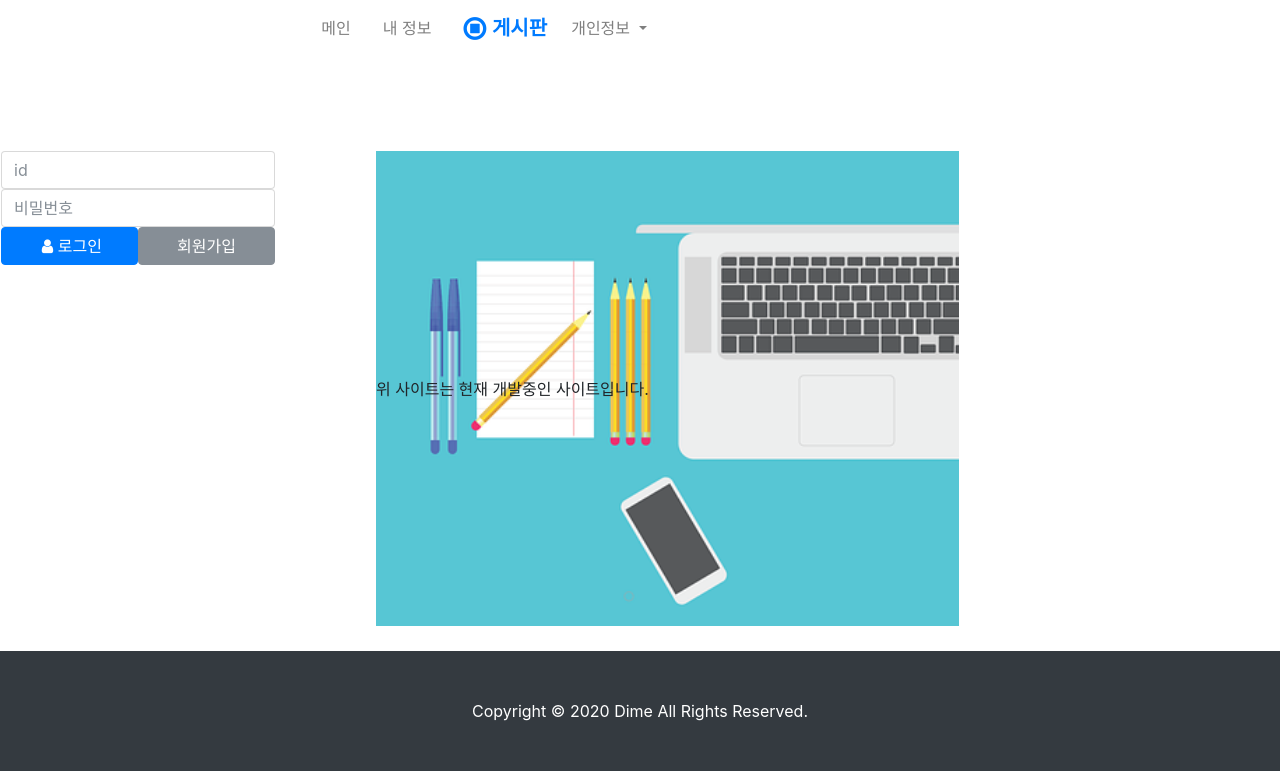
Repository: elecdime/jspboard
Page: http://localhost/BBS/projectbbs/Main.jsp
An editor plug-in stored every save of this project. The page is shown before and after the next save, followed by the edit.
The browser window is 1280 px wide. The pictures show the whole page.
Some web libraries are served in a nearby version. The page is served by Tomcat 9. Other server files are loaded and not shown.

Above is the page before, as saved 2020-07-08 12:53:09.

### dime/project Web/BBS/WebContent/projectbbs/Main.jsp
<%@ page language="java" contentType="text/html; charset=UTF-8"
    pageEncoding="UTF-8"%>
<!doctype html>
<head>
   <!-- Required meta tags -->
  <meta charset="utf-8">
  <meta name="viewport" content="width=device-width, initial-scale=1, shrink-to-fit=no">
<meta http-equiv="Content-Type" content="text/html; charset=UTF-8" />
  <!-- Bootstrap CSS -->
  <link rel="stylesheet" href="https://maxcdn.bootstrapcdn.com/bootstrap/4.0.0-beta/css/bootstrap.min.css" integrity="sha384-/Y6pD6FV/Vv2HJnA6t+vslU6fwYXjCFtcEpHbNJ0lyAFsXTsjBbfaDjzALeQsN6M" crossorigin="anonymous">
<style type="text/css">
#tables{
background-image: url('back.jpg');
background-size: cover;
}



</style>
<title>게시판 연습</title>
  </head>
  <body>


        <div id="TOP" style="width:960px;height:150px;">
            <%@ include file="Top.jsp" %>
        </div>

        <table width="960px">
            <tr>
                <td width="160" valign="top">
                    <%@ include file="left.jsp" %>
                </td>
                <td width="800" valign="#" style="padding-left: 100px">
                    <table width="100%" height="475" cellpadding="0" cellspacing="0" id="tables">
                        <tr >
                            <td border="3px">
                             위 사이트는 현재 개발중인 사이트입니다.


                            </td>
                        </tr>

                    </table>
                </td>
            </tr>

        </table>
    <footer id = "bottom">
    <%@ include file="bottom.jsp" %>
</footer>














 <script src="https://code.jquery.com/jquery-3.2.1.slim.min.js" integrity="sha384-KJ3o2DKtIkvYIK3UENzmM7KCkRr/rE9/Qpg6aAZGJwFDMVNA/GpGFF93hXpG5KkN" crossorigin="anonymous"></script>
  <script src="https://cdnjs.cloudflare.com/ajax/libs/popper.js/1.11.0/umd/popper.min.js" integrity="sha384-b/U6ypiBEHpOf/4+1nzFpr53nxSS+GLCkfwBdFNTxtclqqenISfwAzpKaMNFNmj4" crossorigin="anonymous"></script>
  <script src="https://maxcdn.bootstrapcdn.com/bootstrap/4.0.0-beta/js/bootstrap.min.js" integrity="sha384-h0AbiXch4ZDo7tp9hKZ4TsHbi047NrKGLO3SEJAg45jXxnGIfYzk4Si90RDIqNm1" crossorigin="anonymous"></script>
  </body>
</html>

### dime/project Web/BBS/WebContent/projectbbs/Top.jsp
<%@ page language="java" contentType="text/html; charset=UTF-8"
    pageEncoding="UTF-8"%>
    <html>
    <head>

 <link rel="stylesheet" href="https://cdnjs.cloudflare.com/ajax/libs/font-awesome/4.7.0/css/font-awesome.min.css" type="text/css">
 </head>
  <nav class="navbar navbar-expand-md navbar-light">
    <div class="container justify-content-center"> <button class="navbar-toggler navbar-toggler-right border-0" type="button" data-toggle="collapse" data-target="#navbar3">
        <span class="navbar-toggler-icon"></span>
      </button>
      <div class="collapse navbar-collapse text-center justify-content-center" id="navbar3">
        <ul class="navbar-nav">
          <li class="nav-item mx-2"> <a class="nav-link" href="Main.jsp">메인</a> </li>
          <li class="nav-item mx-2"> <a class="nav-link" href="info.jsp">내 정보</a> </li>
          <li class="nav-item mx-2"> <a class="nav-link navbar-brand mr-0 text-primary" href="bbs.jsp"><i class="fa d-inline fa-lg fa-stop-circle-o"></i>
              <b> 게시판 </b></a> </li>

               <li class="nav-item dropdown">
          <a class="nav-link dropdown-toggle" href="#" id="navbarDropdownMenuLink" data-toggle="dropdown" aria-haspopup="true" aria-expanded="false">
  개인정보
        </a>
        <div class="dropdown-menu" aria-labelledby="navbarDropdownMenuLink">
          <a class="dropdown-item" href="left.jsp">로그인</a>
          <a class="dropdown-item" href="register.jsp">회원가입</a>

        </div>
        </li>
      </div>
    </div>
  </nav>
  <div class="py-5">
    <div class="container">
      <div class="row">
        <div class="col-md-12"></div>
      </div>
    </div>
  </div>

</html>

### dime/project Web/BBS/WebContent/projectbbs/left.jsp
<%@ page language="java" contentType="text/html; charset=UTF-8"
    pageEncoding="UTF-8"%>
<%@ page import = "java.sql.*" %>

    <html>
    <head>
 <meta http-equiv="Content-Type" content="text/html; charset=UTF-8" />
 <link rel="stylesheet" href="https://cdnjs.cloudflare.com/ajax/libs/font-awesome/4.7.0/css/font-awesome.min.css" type="text/css">
 </head>



 <%  if(session.getAttribute("id")==null){ //세션이 설정되지 않을 경우 참조  %>



<form class="form-inline" action="login.jsp" method="get">
            <div class="form-group">
              <input type="text" class="form-control" name ="id" id="id" placeholder="id"> </div>
            <div class="form-group form-row">
              <div class="col-sm-10"><input type="password" class="form-control " name = "pw" id="pw" placeholder="비밀번호"></div>
            </div>
            <button class="btn btn-primary align-items-center col-sm-6" ><i class="fa fa-user fa-fw"></i>로그인</button>
            <a class="btn btn-secondary col-sm-6" href="register.jsp" style=""></i> 회원가입 </a>
          </form><% }else{ %>
<form method="post" action="logout.jsp">
	<%=session.getAttribute("id") %>님 환영합니다~

	<input type="submit" value="로그아웃" />
</form>
<button onClick="location.href='info.jsp'"> 개인정보 변경</button>
<% if(session.getAttribute("id").equals("admin")){
	%>

	<button onClick="location.href='#'"> 관리자 페이지</button>

<%} %>

<% } %>

### dime/project Web/BBS/WebContent/projectbbs/bottom.jsp


<%@ page language="java" contentType="text/html; charset=UTF-8"
    pageEncoding="UTF-8"
    import="java.sql.*"%>
<%
    request.setCharacterEncoding("utf-8");
%>
<!DOCTYPE html PUBLIC "-//W3C//DTD HTML 4.01 Transitional//EN" "http://www.w3.org/TR/html4/loose.dtd">
<html>
<head>
<meta http-equiv="Content-Type" content="text/html; charset=utf-8">

<body>
<footer class="bg-dark mt-4 p-5 text-center" style="color:#FFFFFF;">


Copyright &copy; 2020 Dime All Rights Reserved.<br>

</footer>
</body>
</html>

After the next save:
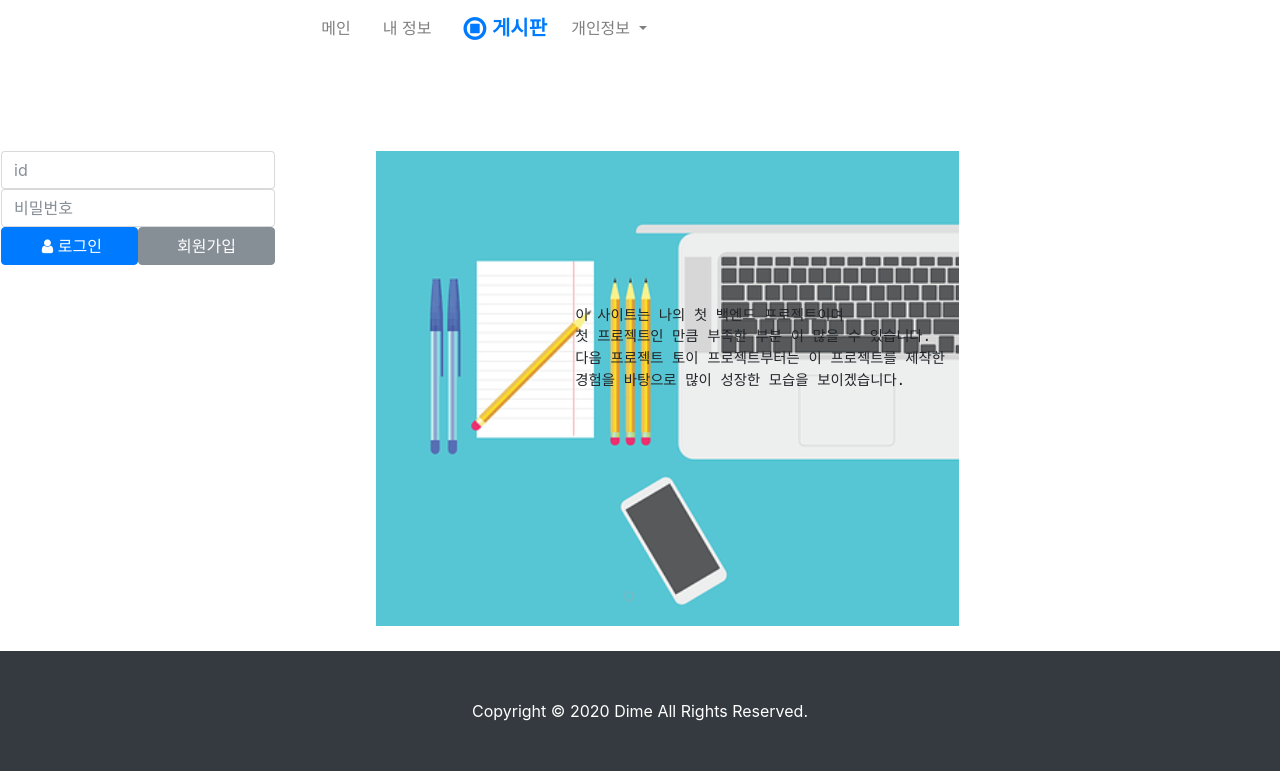
Saved 4 min 4 s later.
--- a/dime/project Web/BBS/WebContent/projectbbs/Main.jsp
+++ b/dime/project Web/BBS/WebContent/projectbbs/Main.jsp
@@ -35,7 +35,15 @@ background-size: cover;
                     <table width="100%" height="475" cellpadding="0" cellspacing="0" id="tables">
                         <tr >
                             <td border="3px">
-                             위 사이트는 현재 개발중인 사이트입니다.
+                            <pre>
+                       이 사이트는 나의 첫 백엔드 프로젝트이며
+                       첫 프로젝트인 만큼 부족한 부분 이 많을 수 있습니다.
+                       다음 프로젝트 토이 프로젝트부터는 이 프로젝트를 제작한
+                       경험을 바탕으로 많이 성장한 모습을 보이겠습니다.
+
+
+
+                          </pre>
 
 
                             </td>
